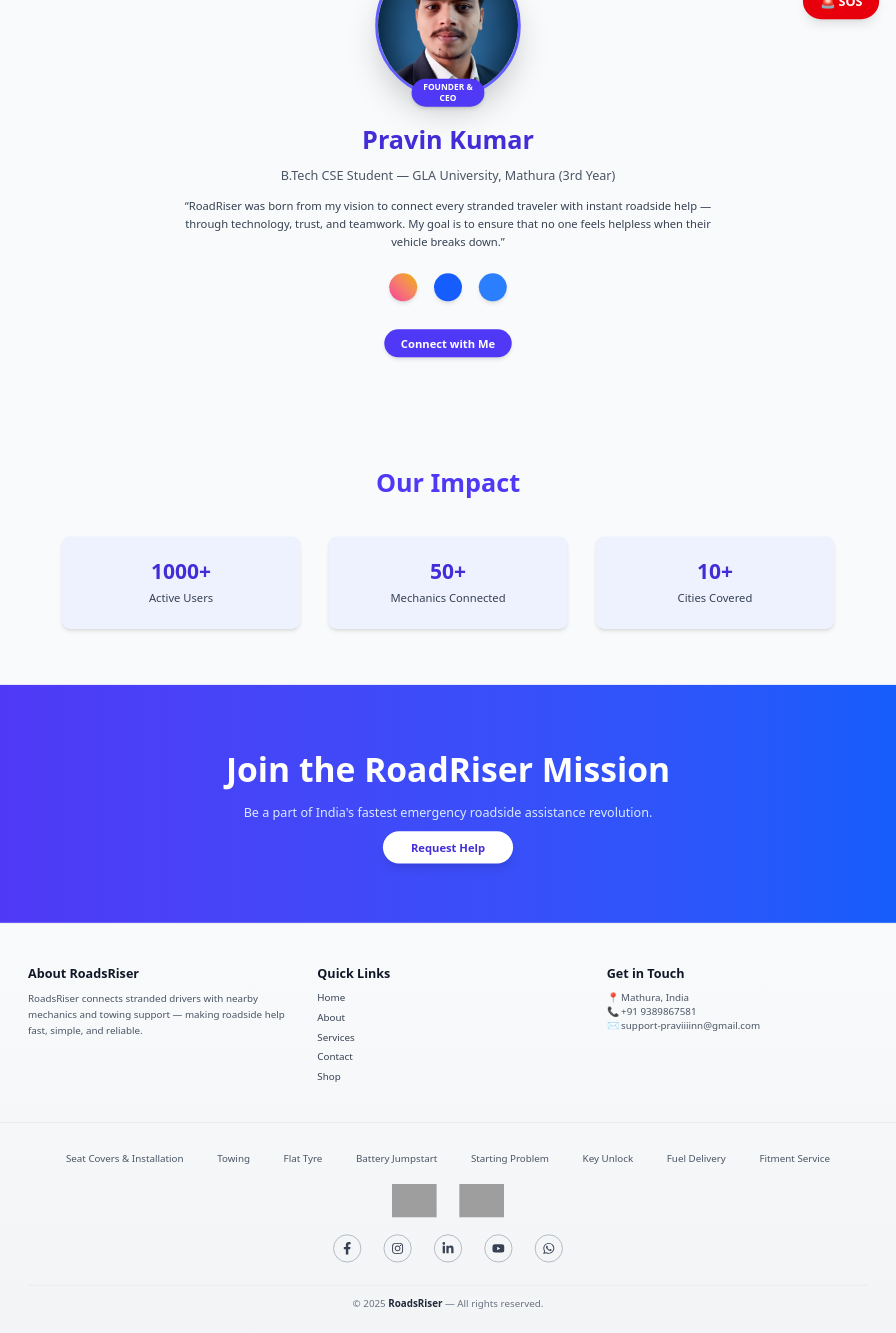
Repository: pravin-8859/ROADSRISER-APP
Page: /about (app in frontend/)
The author's editor kept a copy of each file at every save. The page is drawn from the files as they stood at one save, then again after the next save.
The browser window is 1280 px wide. The pictures show the part of the page from y = 669 to 2589 px (the page is 2573 px tall before and 2589 px after), at 70% of full size.
Pictures or frames that could not be fetched are drawn as grey boxes. The project was rebuilt for these pictures with package versions that can differ from the ones it lists, and the page was loaded fresh each time. Also part of the build but not shown: frontend/vite.config.js, frontend/src/components/MainSection.jsx, frontend/src/pages/Home.jsx, frontend/src/pages/MechanicSearch.jsx, frontend/src/pages/RequestHelp.jsx, frontend/src/pages/Shop.jsx, frontend/src/pages/Services.jsx, frontend/src/pages/Contact.jsx and 18 more.

Above is the page before, as saved 2025-11-19 01:23:38.

After the next save:
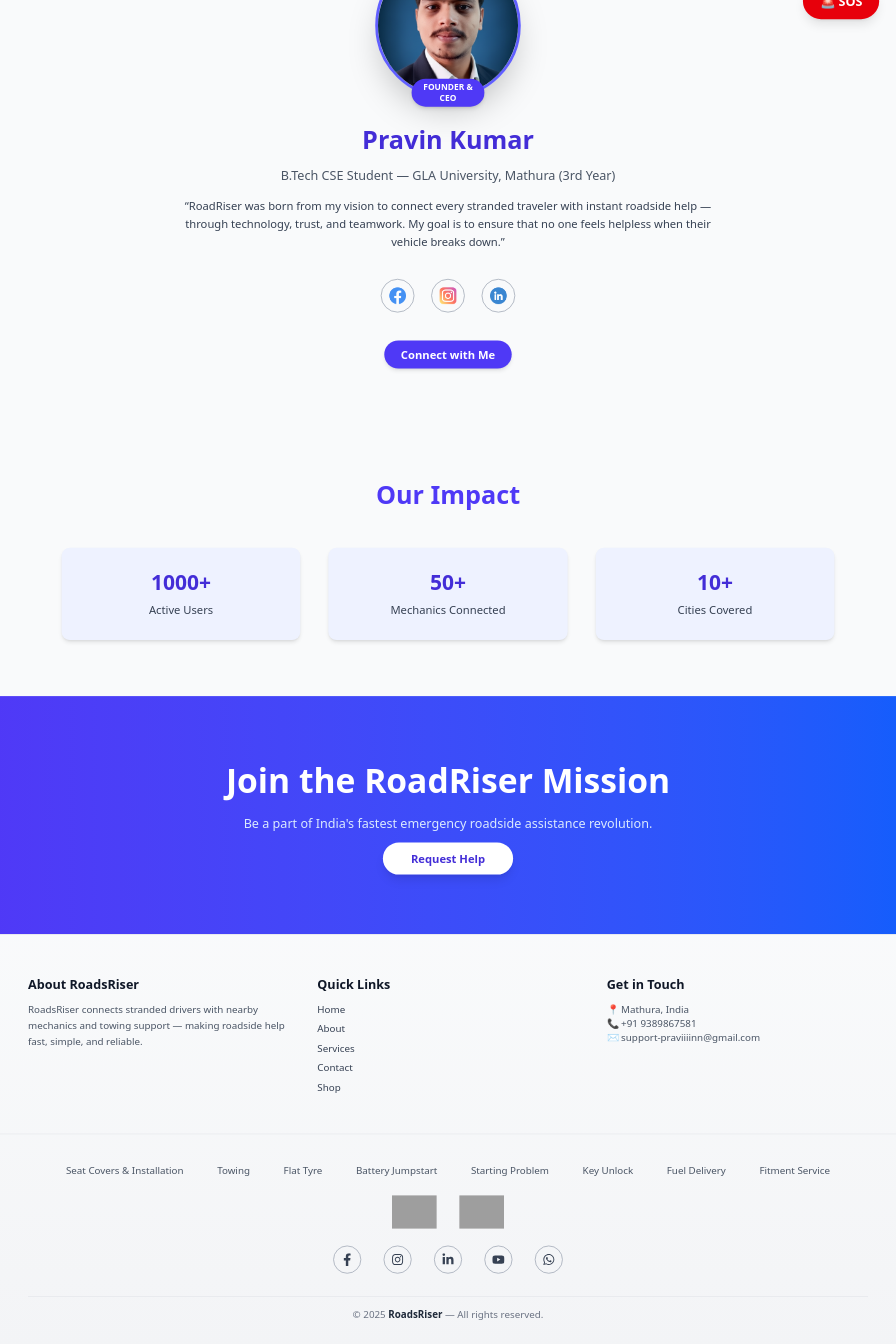
Saved 47 s later.
--- a/frontend/src/pages/About.jsx
+++ b/frontend/src/pages/About.jsx
@@ -64,34 +64,50 @@
     </p>
 
     {/* 🌐 Social Icons */}
-    <div className="flex justify-center gap-6 pt-4">
-      <a
-        href="https://www.instagram.com/pravinn._07?igsh=NHN6NTV6Zjh5ZW40"
-        target="_blank"
-        rel="noopener noreferrer"
-        className="w-10 h-10 flex items-center justify-center rounded-full bg-gradient-to-tr from-pink-500 to-yellow-500 text-white text-lg hover:scale-110 shadow-md transition-transform duration-300"
-      >
-        <i className="fab fa-instagram"></i>
-      </a>
+<div className="flex justify-center gap-6 pt-6">
+  {/* Facebook */}
+  <a
+    href="https://www.facebook.com/share/1FaUBUAXFc/"
+    target="_blank"
+    rel="noopener noreferrer"
+    className="w-12 h-12 flex items-center justify-center rounded-full border border-gray-400 dark:border-gray-600 bg-transparent hover:border-blue-500 hover:shadow-[0_0_10px_rgba(59,130,246,0.4)] transition-all duration-300"
+  >
+    <img
+      src={require("../assets/facebook.png")}
+      alt="Facebook"
+      className="w-6 h-6 object-contain opacity-80 hover:opacity-100 transition-opacity duration-300"
+    />
+  </a>
 
-      <a
-        href="www.linkedin.com/in/pravin9389"
-        target="_blank"
-        rel="noopener noreferrer"
-        className="w-10 h-10 flex items-center justify-center rounded-full bg-blue-600 text-white text-lg hover:scale-110 shadow-md transition-transform duration-300"
-      >
-        <i className="fab fa-linkedin-in"></i>
-      </a>
+  {/* Instagram */}
+  <a
+    href="https://www.instagram.com/pravinn._07?igsh=NHN6NTV6Zjh5ZW40"
+    target="_blank"
+    rel="noopener noreferrer"
+    className="w-12 h-12 flex items-center justify-center rounded-full border border-gray-400 dark:border-gray-600 bg-transparent hover:border-pink-500 hover:shadow-[0_0_10px_rgba(236,72,153,0.4)] transition-all duration-300"
+  >
+    <img
+      src={require("../assets/instagram.png")}
+      alt="Instagram"
+      className="w-6 h-6 object-contain opacity-80 hover:opacity-100 transition-opacity duration-300"
+    />
+  </a>
 
-      <a
-        href="https://www.facebook.com/share/1FaUBUAXFc/"
-        target="_blank"
-        rel="noopener noreferrer"
-        className="w-10 h-10 flex items-center justify-center rounded-full bg-blue-500 text-white text-lg hover:scale-110 shadow-md transition-transform duration-300"
-      >
-        <i className="fab fa-facebook-f"></i>
-      </a>
-    </div>
+  {/* LinkedIn */}
+  <a
+    href="https://www.linkedin.com/in/pravin9389"
+    target="_blank"
+    rel="noopener noreferrer"
+    className="w-12 h-12 flex items-center justify-center rounded-full border border-gray-400 dark:border-gray-600 bg-transparent hover:border-blue-600 hover:shadow-[0_0_10px_rgba(37,99,235,0.4)] transition-all duration-300"
+  >
+    <img
+      src={require("../assets/linkedin.png")}
+      alt="LinkedIn"
+      className="w-6 h-6 object-contain opacity-80 hover:opacity-100 transition-opacity duration-300"
+    />
+  </a>
+</div>
+
 
     {/* Connect Button */}
     <div className="pt-6">

After the save that followed:
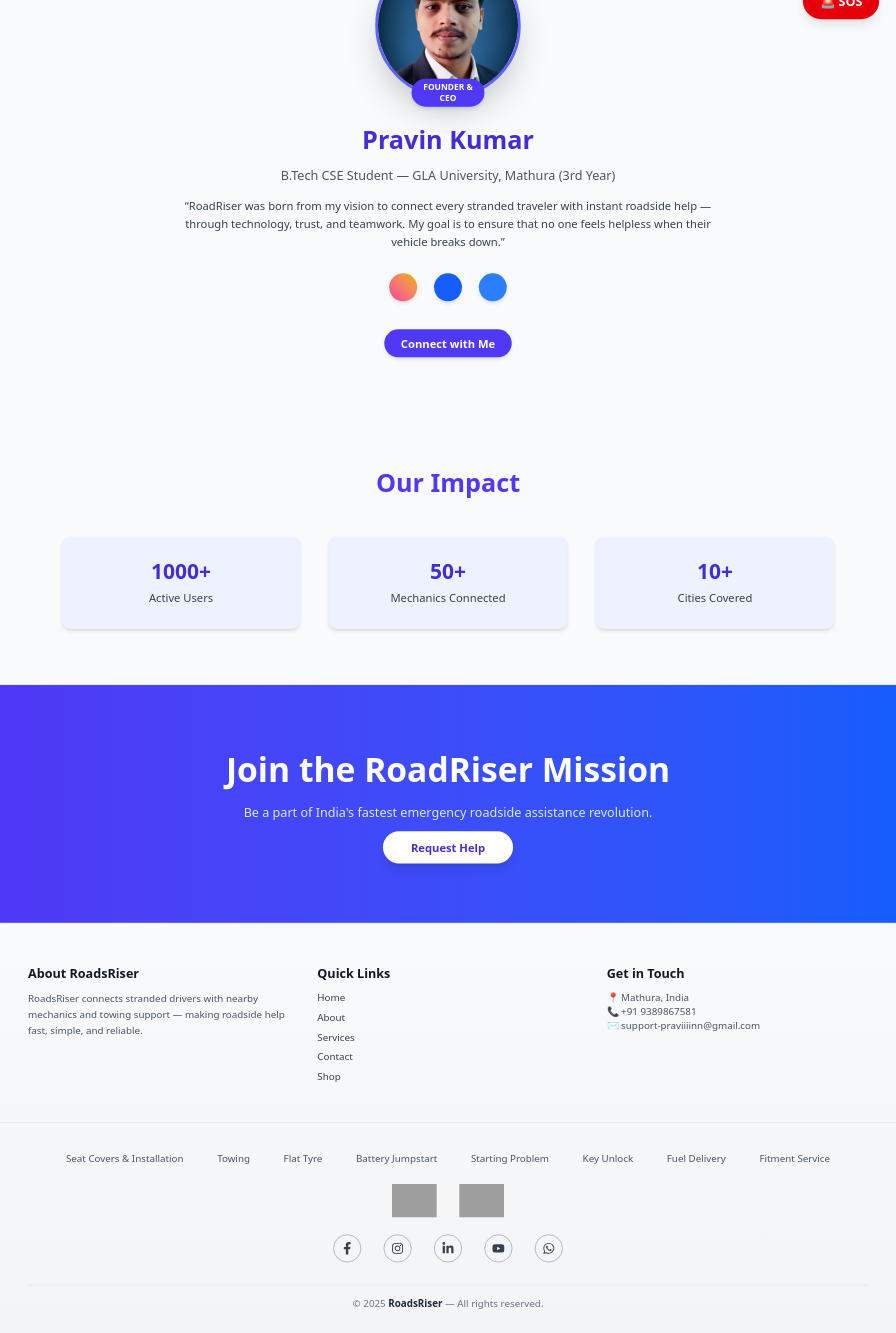
Saved 28 s later.
--- a/frontend/src/pages/About.jsx
+++ b/frontend/src/pages/About.jsx
@@ -64,50 +64,34 @@
     </p>
 
     {/* 🌐 Social Icons */}
-<div className="flex justify-center gap-6 pt-6">
-  {/* Facebook */}
-  <a
-    href="https://www.facebook.com/share/1FaUBUAXFc/"
-    target="_blank"
-    rel="noopener noreferrer"
-    className="w-12 h-12 flex items-center justify-center rounded-full border border-gray-400 dark:border-gray-600 bg-transparent hover:border-blue-500 hover:shadow-[0_0_10px_rgba(59,130,246,0.4)] transition-all duration-300"
-  >
-    <img
-      src={require("../assets/facebook.png")}
-      alt="Facebook"
-      className="w-6 h-6 object-contain opacity-80 hover:opacity-100 transition-opacity duration-300"
-    />
-  </a>
+    <div className="flex justify-center gap-6 pt-4">
+      <a
+        href="https://www.instagram.com/pravinn._07?igsh=NHN6NTV6Zjh5ZW40"
+        target="_blank"
+        rel="noopener noreferrer"
+        className="w-10 h-10 flex items-center justify-center rounded-full bg-gradient-to-tr from-pink-500 to-yellow-500 text-white text-lg hover:scale-110 shadow-md transition-transform duration-300"
+      >
+        <i className="fab fa-instagram"></i>
+      </a>
 
-  {/* Instagram */}
-  <a
-    href="https://www.instagram.com/pravinn._07?igsh=NHN6NTV6Zjh5ZW40"
-    target="_blank"
-    rel="noopener noreferrer"
-    className="w-12 h-12 flex items-center justify-center rounded-full border border-gray-400 dark:border-gray-600 bg-transparent hover:border-pink-500 hover:shadow-[0_0_10px_rgba(236,72,153,0.4)] transition-all duration-300"
-  >
-    <img
-      src={require("../assets/instagram.png")}
-      alt="Instagram"
-      className="w-6 h-6 object-contain opacity-80 hover:opacity-100 transition-opacity duration-300"
-    />
-  </a>
+      <a
+        href="www.linkedin.com/in/pravin9389"
+        target="_blank"
+        rel="noopener noreferrer"
+        className="w-10 h-10 flex items-center justify-center rounded-full bg-blue-600 text-white text-lg hover:scale-110 shadow-md transition-transform duration-300"
+      >
+        <i className="fab fa-linkedin-in"></i>
+      </a>
 
-  {/* LinkedIn */}
-  <a
-    href="https://www.linkedin.com/in/pravin9389"
-    target="_blank"
-    rel="noopener noreferrer"
-    className="w-12 h-12 flex items-center justify-center rounded-full border border-gray-400 dark:border-gray-600 bg-transparent hover:border-blue-600 hover:shadow-[0_0_10px_rgba(37,99,235,0.4)] transition-all duration-300"
-  >
-    <img
-      src={require("../assets/linkedin.png")}
-      alt="LinkedIn"
-      className="w-6 h-6 object-contain opacity-80 hover:opacity-100 transition-opacity duration-300"
-    />
-  </a>
-</div>
-
+      <a
+        href="https://www.facebook.com/share/1FaUBUAXFc/"
+        target="_blank"
+        rel="noopener noreferrer"
+        className="w-10 h-10 flex items-center justify-center rounded-full bg-blue-500 text-white text-lg hover:scale-110 shadow-md transition-transform duration-300"
+      >
+        <i className="fab fa-facebook-f"></i>
+      </a>
+    </div>
 
     {/* Connect Button */}
     <div className="pt-6">
